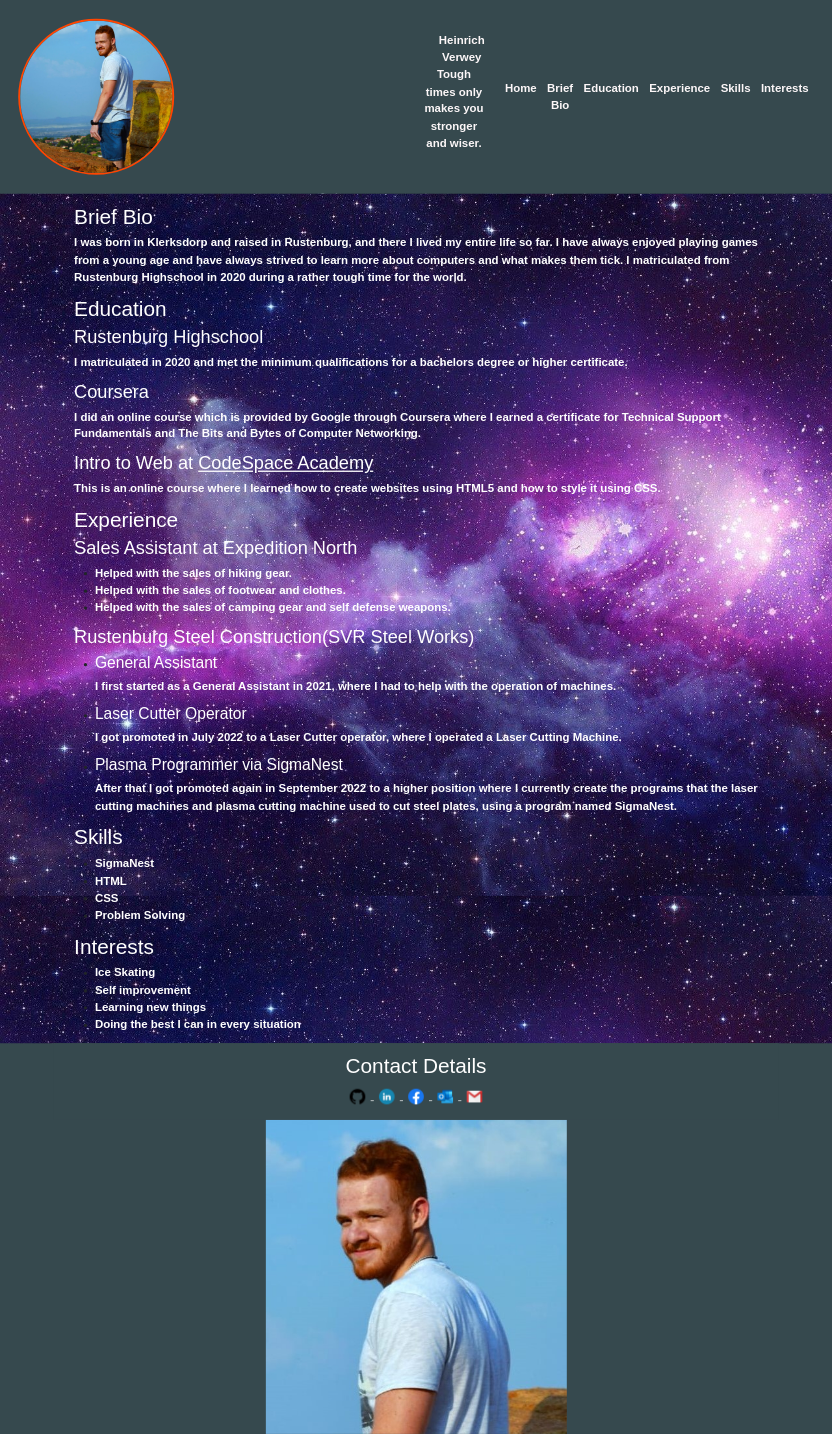
Repository: W3asl3y/IntroToWebDesign
Page: index.html
An editor plug-in stored every save of this project. The page is shown before and after the next save, followed by the edit.
The browser window is 1280 px wide. The pictures show the whole page, at 65% of full size.

Above is the page before, as saved 2022-12-09 15:43:04.

### index.html
<!DOCTYPE html>
<html lang="en">
    <head>
        <meta charset="UTF-8">
        <meta http-equiv="X-UA-Compatible" content="IE=edge">
        <meta name="viewport" content="width=device-width, initial-scale=1.0">

        <title>
            My Resume
        </title>

        <link rel="stylesheet" href="https://cdn.jsdelivr.net/npm/bootstrap@5.2.3/dist/css/bootstrap.min.css" integrity="sha384-rbsA2VBKQhggwzxH7pPCaAqO46MgnOM80zW1RWuH61DGLwZJEdK2Kadq2F9CUG65" crossorigin="anonymous">

        <link rel="stylesheet" type="text/css" href="css/stylesheet.css">

        <script src="https://cdn.jsdelivr.net/npm/bootstrap@5.2.3/dist/js/bootstrap.bundle.min.js" integrity="sha384-kenU1KFdBIe4zVF0s0G1M5b4hcpxyD9F7jL+jjXkk+Q2h455rYXK/7HAuoJl+0I4" crossorigin="anonymous"></script>

    </head>
    <body>

        <header id="heading">

                    <nav class="navbar navbar-expand-lg bg-transparent">

                        <div class="container-fluid m-0">
                                 <a class="navbar-brand" href="#"><img id="profile_picture" src="images/Heinrich.jpg" alt="My profile picture" ></a>
                        </div>

                        <div class="container">

                            <div class="row">
                                <div class="container-fluid"
                            <h1>
                                Heinrich Verwey
                            </h1>
                            </div>

                            <div class="row">
                            <p>
                                Tough times only makes you stronger and wiser.
                            </p>
                            </div>
                        </div>

                                 <button class="navbar-toggler m-auto" type="button" data-bs-toggle="collapse" data-bs-target="#navbarSupportedContent" aria-controls="navbarSupportedContent" aria-expanded="false" aria-label="Toggle navigation">
                                    <span class="navbar-toggler-icon"></span>
                                </button>

                                <div class="collapse navbar-collapse" id="navbarSupportedContent">
                                    <ul class="navbar-nav me-auto mb-2 mb-lg-0">
                                        <li class="nav-item">
                                            <a class="nav-link active" aria-current="page" href="#">Home</a>
                                        </li>
                                        <li class="nav-item">
                                            <a class="nav-link" href="#brief_bio"> Brief Bio </a>
                                        </li>
                                        <li class="nav-item dropdown">
                                            <a class="nav-link" href="#education"> Education </a>
                                        </li>
                                        <li class="nav-item">
                                            <a class="nav-link" href="#experience"> Experience </a>
                                        </li>
                                        <li class="nav-item">
                                            <a class="nav-link" href="#skills"> Skills </a>
                                        </li>
                                        <li class="nav-item">
                                             <a class="nav-link" href="#interests"> Interests </a>
                                        </li>
                                    </ul>
                                </div>

                            </div>

                        </div>

                    </nav>

                </div>

            </div>

        </header>

        <div class="backgroundImage">

        <main>
            <div class="container" style="padding-top: 1rem">
                <div class="row">
                    <div class="col-12">
                        <article id="contents">
                            <h2 id="brief_bio">
                                Brief Bio
                            </h2>
                            <p>
                                I was born in Klerksdorp and raised in Rustenburg, and there I lived my entire life so far. I have always enjoyed playing games from a young age and have always strived to learn more about computers and what makes them tick. I matriculated from Rustenburg Highschool in 2020 during a rather tough time for the world.
                            </p>
                            <h2 id=education>
                                Education
                            </h2>
                            <h3>
                                Rustenburg Highschool
                            </h3>
                            <p>
                                I matriculated in 2020 and met the minimum qualifications for a bachelors degree or higher certificate.
                            </p>
                            <h3>
                                Coursera
                            </h3>
                            <p>
                                I did an online course which is provided by Google through Coursera where I earned a certificate for Technical Support Fundamentals and The Bits and Bytes of Computer Networking.
                            </p>
                            <h3>
                                Intro to Web at <a href="https://www.codespace.co.za/courses/frontend-web-development/">CodeSpace Academy</a>
                            </h3>
                            <p>
                                This is an online course where I learned how to create websites using HTML5 and how to style it using CSS.
                            </p>
                            </h3>
                            <h2 id="experience">
                                Experience
                            </h2>
                            <h3>
                                Sales Assistant at Expedition North
                            </h3>
                            <ul>
                                <li>
                                    Helped with the sales of hiking gear.
                                </li>
                                <li>
                                    Helped with the sales of footwear and clothes.
                                </li>
                                <li>
                                    Helped with the sales of camping gear and self defense weapons.
                                </li>
                            </ul>
                            <h3>
                                Rustenburg Steel Construction(SVR Steel Works)
                            </h3>
                            <ul>
                                <li>
                                    <h4>
                                        General Assistant
                                    </h4>
                                        <p>
                                            I first started as a General Assistant in 2021, where I had to help with the operation of machines.
                                        </p>
                                </li>
                                <li>
                                    <h4>
                                        Laser Cutter Operator
                                    </h4>
                                        <p>
                                            I got promoted in July 2022 to a Laser Cutter operator, where I operated a Laser Cutting Machine.
                                        </p>
                                </li>
                                <li>
                                    <h4>
                                        Plasma Programmer via SigmaNest
                                    </h4>
                                        <p>
                                            After that I got promoted again in September 2022 to a higher position where I currently create the programs that the laser cutting machines and plasma cutting machine used to cut steel plates, using a program named SigmaNest.
                                        </p>
                                </li>
                            </ul>
                            <h2 id="skills">
                                Skills
                            </h2>
                            <ul>
                                <li>
                                    SigmaNest
                                </li>
                                <li>
                                    HTML
                                </li>
                                <li>
                                    CSS
                                </li>
                                <li>
                                    Problem Solving
                                </li>
                            </ul>
                            <h2 id="interests">
                                Interests
                            </h2>
                            <ul>
                                <li>
                                    Ice Skating
                                </li>
                                <li>
                                    Self improvement
                                </li>
                                <li>
                                    Learning new things
                                </li>
                                <li>
                                    Doing the best I can in every situation
                                </li>
                            </ul>
                        </article>
                    </div>
                </div>
            </div>

        </main>

        </div>
        <div class="container text-center" >
            <footer class="footer">
                <h2>
                    Contact Details
                </h2>
                    <a href="https://github.com/W3asl3y" target="_blank">
                        <img class="my_contacts" src="Images\Github-22.png" alt="My Github">
                    </a>
                    <a href="https://www.linkedin.com/in/heinrich-verwey-1627a7205/" target="_blank">
                        <img class="my_contacts" src="Images\LinkedIn.webp" alt="My LinkedIn">
                    </a>
                    <a  href="https://www.facebook.com/heinrich.verwey.79/" target="_blank">
                        <img class="my_contacts" src="Images\Facebook.webp" alt=" My Facebook">
                    </a>
                    <a href="mailto:verwey41@outlook.com" target="_blank">
                        <img class="my_contacts" src="Images\Microsoft-Outlook-01.png" alt="My Outlook Email">
                    </a>
                    <a href="https://mail.google.com/mail/u/0/#inbox?compose=DmwnWrRpddMlNTSjFqkttlfhgGgSTqTdZwvhCZbHGPMFCZvZVTDvqlDvZQjtBGtGFFxcnhXPNVnl" target="_blank">
                        <img class="my_contacts" src="Images\Gmail.webp" alt="My Gmail Email">
                    </a>

            </footer>
        </div>

        <div class="pictureOfMe">
            <picture>
                <source media="(max-width: 650px)" srcset="Images\Heinrich-H.jpg">
                <source media="(max-width: 1400px)" srcset="Images\Heinrich-HS.jpg">
                <img src="Images\Heinrich.jpg" alt="It is a picture of me">
            </picture>
        </div>

    </body>
</html

### CSS/stylesheet.css
* { box-sizing: border-box }

body{
     font-family:sans-serif;
     font-size:110%;
     font-weight: bolder;
     background-color:  #36494e ;
     display: flex;
     flex-direction: column;
}

.backgroundImage {
     background-image: url("/images/background-image.jpg");
     background-size: auto;

}

main {
     display: flex;
     flex-direction: row;
     overflow: unset;
     -webkit-text-fill-color: white;
}

header {
     text-align: center;
    -webkit-text-fill-color: #FCF7F8;
     background-color: #36494e;
     padding: 1rem;
}



#profile_picture {
     width: 15rem;
     border-radius: 50%;
     border: 3px solid orangered;
}

.nav-menu {
     list-style: none;
     padding: 0%;
}

#contents {
     padding-left: 2rem;
     background-color: transparent;
     background-image: none;
}



a:link {
     color: blue;
}

a:visited {
     color: blue;
}

.my_contacts {
     width: 40px;
     padding: 0.5rem;
}



footer {
     background-color: #36494e;
     text-align: center;
     -webkit-text-fill-color: white;
     padding: 1rem;
     justify-content: center;
}


.pictureOfMe {
     align-self: center;
}

@media  screen and (max-width:600px){
     #sidebar {
          width: 30vw;
     }
     #contents {
          width: auto;
     }
     .backgroundImage {
          width: auto;
     }
}

@media screen and (max-width:1000px) {
     #sidebar {
          width: 30vw;
     }
     #contents {
          width: auto;
     }
     .backgroundImage {
          width: auto;
     }

}

@media screen and (min-width:1000px) {
     #sidebar {
          width: 30vw;
     }
     #contents {
          width: auto;
     }
     .backgroundImage {
          width: auto;
     }

}

After the next save:
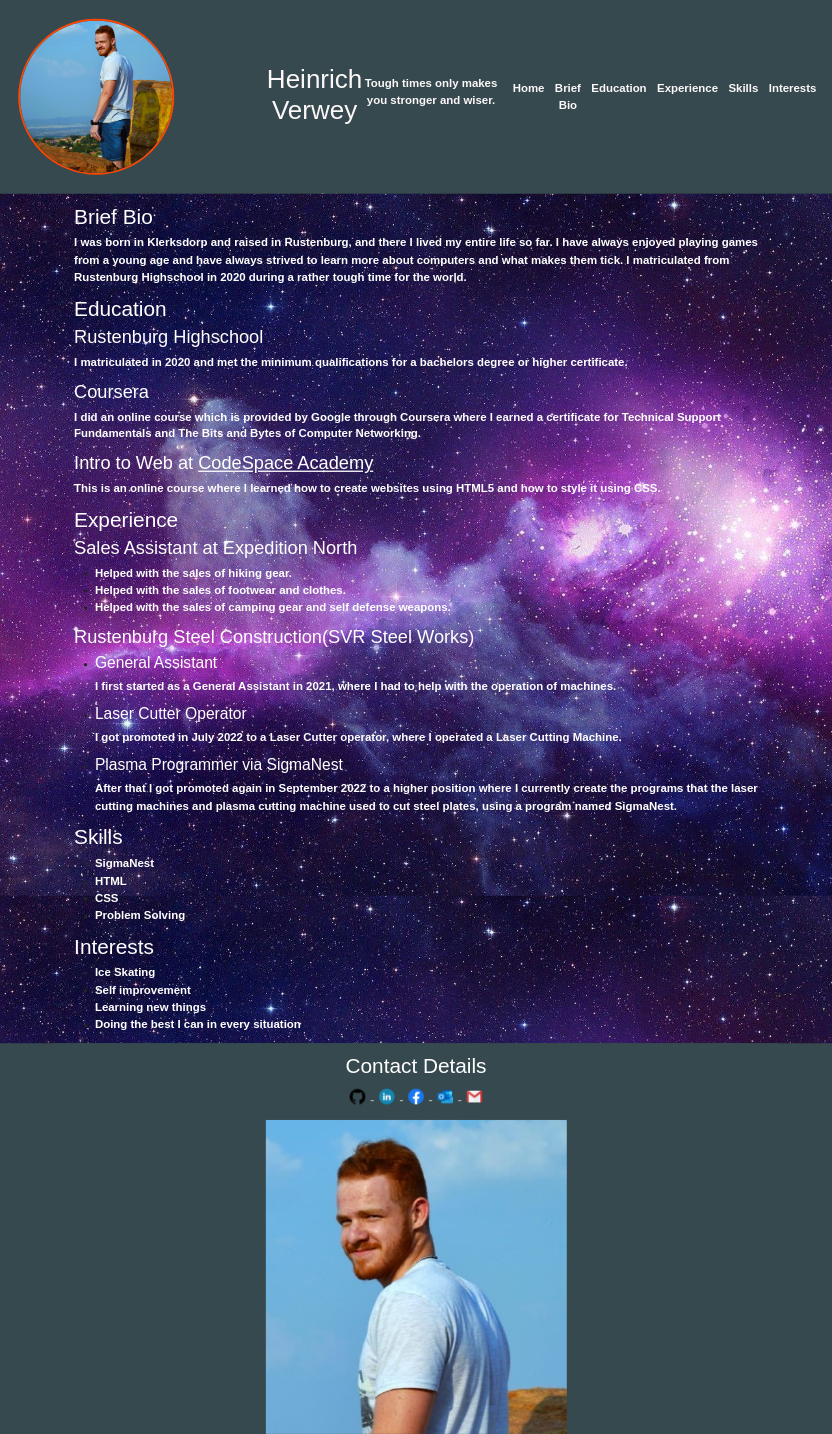
Saved 19 s later.
--- a/index.html
+++ b/index.html
@@ -29,10 +29,11 @@
                         <div class="container">
 
                             <div class="row">
-                                <div class="container-fluid"
+                                <div class="container-fluid">
                             <h1>
                                 Heinrich Verwey
                             </h1>
+                        </div>
                             </div>
 
                             <div class="row">
